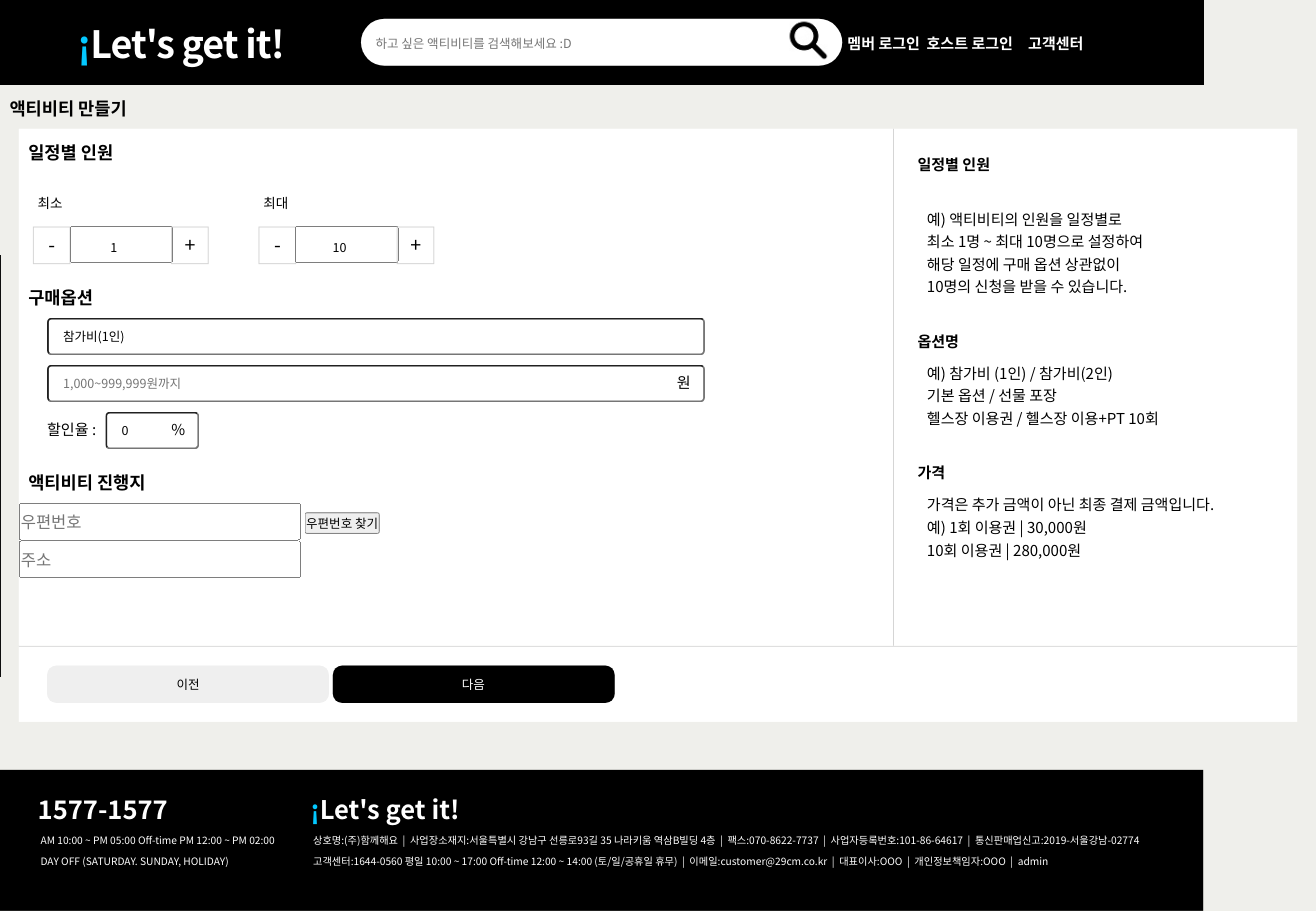
Repository: KiHyo-Tak/2stTeam
Page: http://localhost/2nd_Project_LetsGetIt/WEB-INF/views/activity/memberCntForm.jsp
These files come from the project's save history. The page is drawn as it stood at one moment and after the next save; the edit follows.
The browser window is 1280 px wide. The page is 1400 px wide, so the pictures cover 1400 px, including what lies to the right of the window. The pictures show the whole page, at 94% of full size.
Some web fonts or font styles are not loaded; a fallback is used. The page is served by Tomcat 9. Nobody is signed in. The template is opened directly, without the code that normally fills it, so the values that code supplies are empty.

Above is the page before, as saved 2020-04-29 06:06:22.

After the next save:
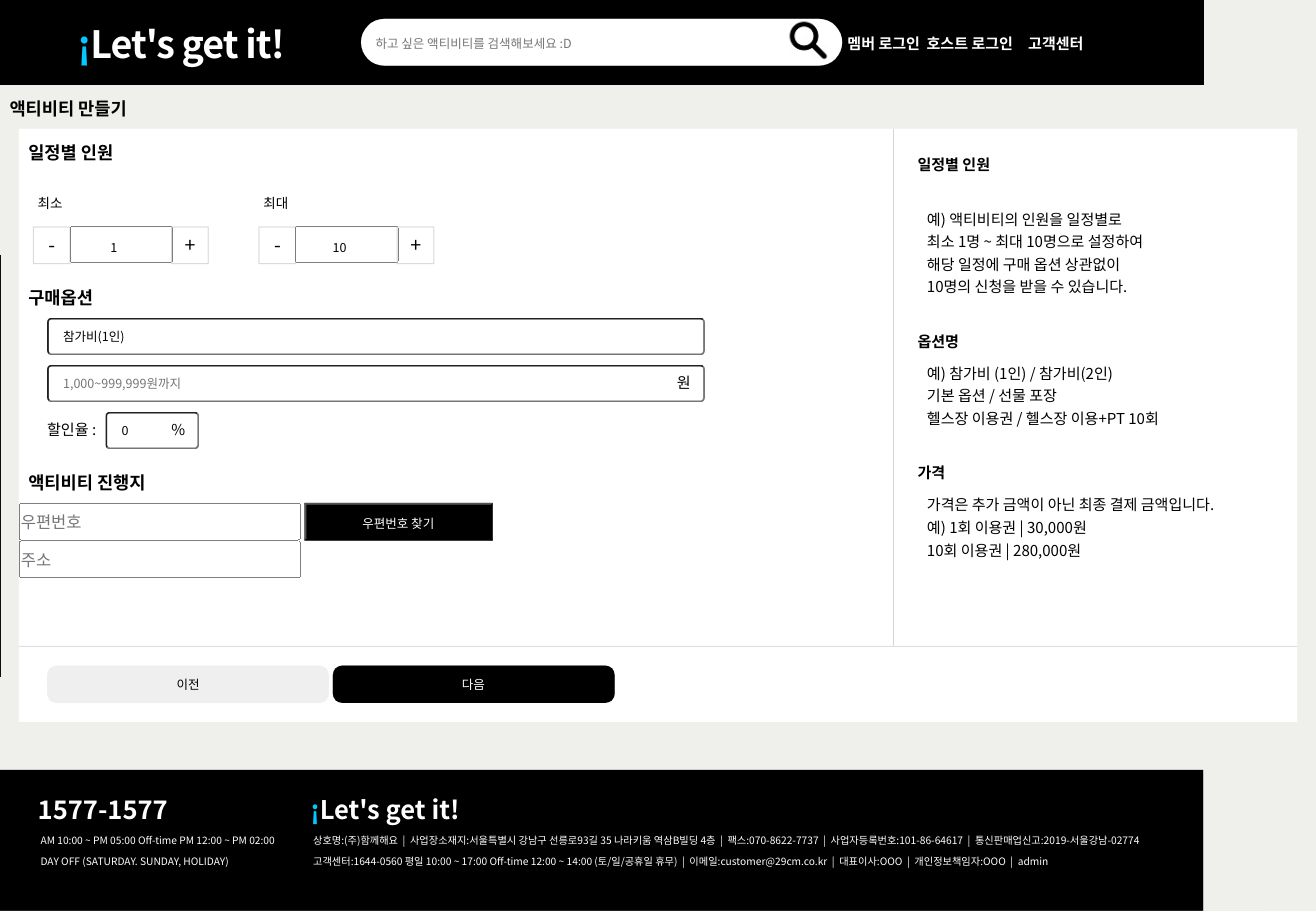
Saved 2 min 45 s later.
--- a/2nd_Project_LetsGetIt/src/main/webapp/css/memberCntForm.css
+++ b/2nd_Project_LetsGetIt/src/main/webapp/css/memberCntForm.css
@@ -74,6 +74,13 @@ body {
 		line-height:40px;
 		font-size:1.1em;
 	}
+	#memberCnt #left #address input[type=button] {
+		width:200px;
+		height:40px;
+		line-height:40px;
+		background-color:black;
+		color:white;
+	}
 
 	#memberCnt #right {
 		width:430px;
